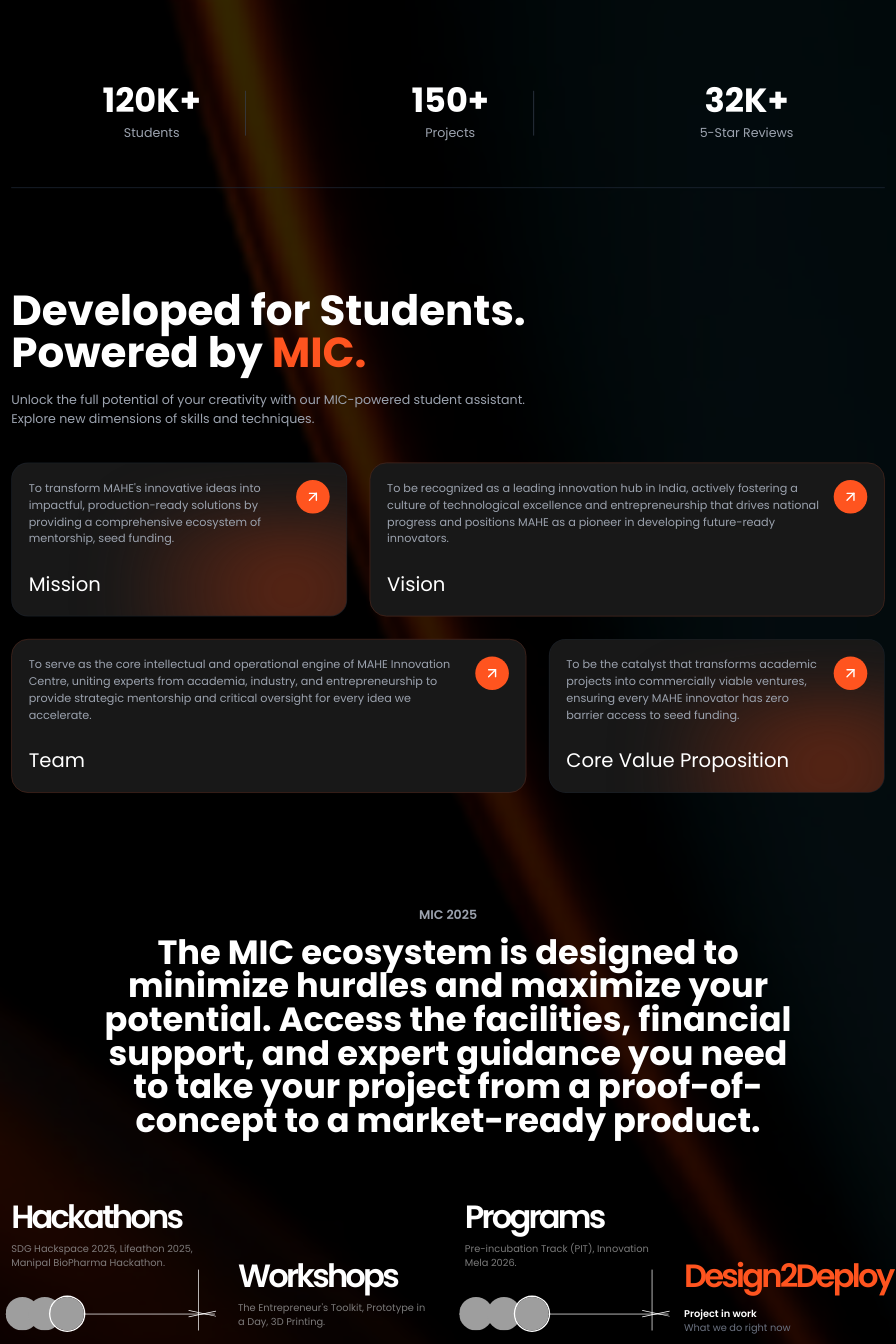
Repository: Sourish-19/Axiom
Page: /
The author's editor kept a copy of each file at every save. The page is drawn from the files as they stood at one save, then again after a run of saves.
The browser window is 1280 px wide. The pictures show the part of the page from y = 624 to 2544 px (the page is 5731 px tall), at 70% of full size.
Pictures or frames that could not be fetched are drawn as grey boxes. Some web libraries are served in a nearby version. The project was rebuilt for these pictures with package versions that can differ from the ones it lists, and the page was loaded fresh each time. Also part of the build but not shown: vite.config.ts, components/Modal.tsx, components/ContactForm.tsx, components/EventRegistrationForm.tsx.

Above is the page before, as saved 2025-10-02 15:51:49.

### index.html
<!DOCTYPE html>
<html lang="en" class="scroll-smooth">
  <head>
    <meta charset="UTF-8" />
    <link rel="icon" type="image/svg+xml" href="/vite.svg" />
    <meta name="viewport" content="width=device-width, initial-scale=1.0" />
    <title>Axiom</title>
    <script src="https://cdn.tailwindcss.com"></script>
    <style>
      @import url('https://fonts.googleapis.com/css2?family=Poppins:wght@400;500;600;700;800;900&display=swap');
      body {
        font-family: 'Poppins', sans-serif;
      }
    </style>
  <script type="importmap">
{
  "imports": {
    "react/": "https://aistudiocdn.com/react@^19.1.1/",
    "react": "https://aistudiocdn.com/react@^19.1.1",
    "react-dom/": "https://aistudiocdn.com/react-dom@^19.1.1/"
  }
}
</script>
</head>
  <body>
    <div id="root"></div>
    <script type="module" src="/index.tsx"></script>
  </body>
</html>

### App.tsx

import React, { useState } from 'react';
import Header from './components/Header';
import Hero from './components/Hero';
import Stats from './components/Stats';
import DevelopedForStudents from './components/DevelopedForStudents';
import MICSystem from './components/MICSystem';
import Launchpad from './components/Launchpad';
import FAQ from './components/FAQ';
import CTA from './components/CTA';
import Footer from './components/Footer';
import Modal from './components/Modal';
import ContactForm from './components/ContactForm';
import EventRegistrationForm from './components/EventRegistrationForm';

function App() {
  const [isContactModalOpen, setIsContactModalOpen] = useState(false);
  const [isEventModalOpen, setIsEventModalOpen] = useState(false);

  return (
    <div className="bg-black text-white overflow-hidden relative">
      {/* Background elements */}
      <div className="absolute inset-0 z-0 opacity-20" style={{ backgroundImage: `url(${'/axiom_bg2.jpg'})`, backgroundSize: 'cover' }}></div>
      {/* <img src='/axiom_bg2.png' alt="background glow top" className="absolute -top-1/2 -right-1/4 w-full h-auto z-0 opacity-50 mix-blend-screen" />
      <img src="https://i.imgur.com/9v1M618.png" alt="background wave bottom" className="absolute -bottom-1/3 left-0 w-full h-auto z-0 opacity-40 mix-blend-screen" /> */}


      <div className="relative z-10">
        <Header onContactClick={() => setIsContactModalOpen(true)} />
        <main>
          <Hero onEventClick={() => setIsEventModalOpen(true)} />
          <Stats />
          <DevelopedForStudents />
          <MICSystem onEventClick={() => setIsEventModalOpen(true)} />
          <Launchpad onContactClick={() => setIsContactModalOpen(true)} />
          <FAQ />
          <CTA onContactClick={() => setIsContactModalOpen(true)} />
        </main>
        <Footer onContactClick={() => setIsContactModalOpen(true)}/>
      </div>

      {isContactModalOpen && (
        <Modal isOpen={isContactModalOpen} onClose={() => setIsContactModalOpen(false)}>
          <ContactForm />
        </Modal>
      )}

      {isEventModalOpen && (
        <Modal isOpen={isEventModalOpen} onClose={() => setIsEventModalOpen(false)}>
          <EventRegistrationForm />
        </Modal>
      )}
    </div>
  );
}

export default App;

### components/Header.tsx

import React, { useState, useEffect } from 'react';

const navLinks = [
  { name: 'Home', href: '#home' },
  { name: 'About MIC', href: '#about' },
  { name: 'Events', href: '#events' },
  { name: 'Resources', href: '#resources' },
  { name: 'FAQs', href: '#faqs' },
];

interface HeaderProps {
  onContactClick: () => void;
}

const Header: React.FC<HeaderProps> = ({ onContactClick }) => {
  const [activeLink, setActiveLink] = useState('home');
  const [isScrolled, setIsScrolled] = useState(false);

  useEffect(() => {
    const handleScroll = () => {
      const sections = ['home', 'about', 'events', 'resources', 'faqs', 'contact'];
      const scrollPosition = window.scrollY + 100;

      let currentSection = 'home';
      for (const sectionId of sections) {
        const section = document.getElementById(sectionId);
        if (section && section.offsetTop <= scrollPosition) {
          currentSection = sectionId;
        }
      }

      // Map contact to faqs for nav link highlighting
      // const navSection = currentSection === 'contact' ? 'faqs' : currentSection;
      setActiveLink(currentSection);

      setIsScrolled(window.scrollY > 10);
    };

    window.addEventListener('scroll', handleScroll);

    return () => {
      window.removeEventListener('scroll', handleScroll);
    };
  }, []);

  return (
    <header className={`fixed top-0 left-0 right-0 z-50 transition-all duration-300 ${isScrolled ? 'bg-black/80 backdrop-blur-md  ' : 'bg-transparent'} py-6 px-4 md:px-8 lg:px-16 xl:px-32`}>
      <div className="container mx-auto flex justify-between items-center">
        <div className="flex items-center">
            <img src="/axiom_logo.png" alt="Axiom Logo" className="h-8 w-auto" />
        </div>
        <nav className="hidden lg:flex items-center space-x-8">
          {navLinks.map((link) => (
            <a
              key={link.name}
              href={link.href}
              className={`relative text-base text-gray-300 hover:text-white transition-colors ${activeLink === link.href.substring(1) ? 'text-white' : ''}`}
            >
              {link.name}
              {activeLink === link.href.substring(1) && (
                  <span className="absolute bottom-[-8px] left-0 w-full h-0.5 bg-[#FF541F] rounded-full"></span>
              )}
            </a>
          ))}
        </nav>
        <div className="flex items-center space-x-4">
          <button onClick={onContactClick} className="bg-gradient-to-r from-[#FF541F] to-[#FF8A65] text-white px-6 py-2 rounded-md font-semibold hover:opacity-90 transition-opacity">
            Contact us
          </button>
          <button className="lg:hidden text-white">
            <svg className="w-6 h-6" fill="none" stroke="currentColor" viewBox="0 0 24 24" xmlns="http://www.w3.org/2000/svg"><path strokeLinecap="round" strokeLinejoin="round" strokeWidth="2" d="M4 6h16M4 12h16m-7 6h7"></path></svg>
          </button>
        </div>
      </div>
    </header>
  );
};

export default Header;

### components/Hero.tsx
import React from 'react';
import { StarIcon } from './Icons';

interface HeroProps {
  onEventClick: () => void;
}

const Hero: React.FC<HeroProps> = ({ onEventClick }) => {
  return (
    <section
      id="home"
      className="py-20 md:py-32 px-4 relative"
    >
      <div className="container mx-auto text-center relative">
        <div className="flex justify-center items-center mb-6 bg-gray-900 bg-opacity-50 border border-gray-700 rounded-full px-4 py-2 w-fit mx-auto backdrop-blur-sm">
          <div className="flex -space-x-2 mr-3">
            <img className="inline-block h-8 w-8 rounded-full ring-2 ring-gray-800" src="https://picsum.photos/id/1027/50/50" alt="Peer 1" />
            <img className="inline-block h-8 w-8 rounded-full ring-2 ring-gray-800" src="https://picsum.photos/id/1011/50/50" alt="Peer 2" />
            <img className="inline-block h-8 w-8 rounded-full ring-2 ring-gray-800" src="https://picsum.photos/id/1012/50/50" alt="Peer 3" />
          </div>
          <div className="flex flex-col mr-3">
            <div className="flex">
                {[...Array(5)].map((_, i) => <StarIcon key={i} className="w-4 h-4" />)}
            </div>
            <span className="text-gray-300 text-xs mt-1">115+ happy peers</span>
          </div>
        </div>

        <h1 className="text-5xl md:text-7xl font-extrabold leading-tight">
          Automate <span className="text-[#FF541F]">Intelligence.</span>
          <br />
          Accelerate Growth.
        </h1>
        <p className="max-w-2xl mx-auto mt-6 text-lg text-gray-400">
          Our AI-powered SaaS platform empowers businesses to streamline operations, automate repetitive tasks, and make smarter, data-driven decisions—all from one intuitive dashboard.
        </p>
        <div className="mt-10 flex flex-col sm:flex-row justify-center items-center gap-4">
          <button onClick={onEventClick} className="bg-gradient-to-r from-[#FF541F] to-[#FF8A65] text-white px-8 py-3 rounded-md font-semibold text-lg hover:opacity-90 transition-opacity w-full sm:w-auto">
            Get Started
          </button>
          <a href="#" className="border border-gray-600 text-white px-8 py-3 rounded-md font-semibold text-lg hover:bg-gray-800 transition-colors w-full sm:w-auto">
            Get In Touch
          </a>
        </div>
      </div>
    </section>
  );
};

export default Hero;

### components/Stats.tsx

import React from 'react';

const stats = [
  { value: '120K+', label: 'Students' },
  { value: '150+', label: 'Projects' },
  { value: '32K+', label: '5-Star Reviews' },
];

const Stats = () => {
  return (
    <section className="py-16 px-4">
      <div className="container mx-auto">
        <div className="flex flex-col md:flex-row justify-around items-center text-center gap-10">
          {stats.map((stat, index) => (
            <div key={index} className="relative w-full md:w-auto">
              {index < stats.length - 1 && <div className="hidden md:block absolute top-1/2 right-0 transform -translate-y-1/2 h-16 w-px bg-gray-700 -mr-16"></div>}
              <p className="text-5xl font-bold text-white">{stat.value}</p>
              <p className="mt-2 text-lg text-gray-400">{stat.label}</p>
            </div>
          ))}
        </div>
        <div className="mt-16 border-t border-gray-800"></div>
      </div>
    </section>
  );
};

export default Stats;

### components/DevelopedForStudents.tsx
import React from 'react';
import { ArrowRightIcon } from './Icons';

interface CardProps {
  title: string;
  content: string;
  className?: string;
  hasGradient?: boolean;
}

const Card: React.FC<CardProps> = ({ title, content, className = '', hasGradient = false }) => {
  return (
    <div
      className={`bg-[#181818] h-[220px] border rounded-3xl group relative overflow-hidden ${className}`}
    >
      {hasGradient && (
        <div aria-hidden="true" className="absolute z-1 top-1/3 left-1/3 size-full bg-[radial-gradient(circle,_#602614_0%,_transparent_100%)] blur-2xl"></div>
      )}

      <div className='absolute z-2 top-0 bottom-0 left-0 right-0 p-6 flex flex-col justify-between'>
        <div className="flex justify-between items-start">
          <p className="text-gray-400 text-base pr-4">{content}</p>
          <div className="bg-[#FF541F] p-3 rounded-full text-white group-hover:rotate-45 transition-transform duration-300 flex-shrink-0">
            <ArrowRightIcon className="w-6 h-6 transform -rotate-45" />
          </div>
        </div>

        <div>
          <h3 className="text-[28px] font-thin">{title}</h3>
        </div>
      </div>
    </div>
  );
};


const DevelopedForStudents = () => {
  return (
    <section id="about" className="py-20 px-4">
      <div className="container mx-auto">
        <div className="max-w-3xl mb-12">
          <h2 className="text-5xl md:text-6xl font-bold leading-tight">
            Developed for Students.
            <br />
            Powered by <span className="text-[#FF541F]">MIC.</span>
          </h2>
          <p className="mt-6 text-lg text-gray-400">
            Unlock the full potential of your creativity with our MIC-powered student assistant. Explore new dimensions of skills and techniques.
          </p>
        </div>

        <div className="grid grid-cols-1 md:grid-cols-5 gap-8">
          <Card
            className="md:col-span-2 border-gray-800/50"
            title="Mission"
            content="To transform MAHE's innovative ideas into impactful, production-ready solutions by providing a comprehensive ecosystem of mentorship, seed funding."
            hasGradient={true}
          />
          <Card
            className="md:col-span-3 border-[#49271d]"
            title="Vision"
            content="To be recognized as a leading innovation hub in India, actively fostering a culture of technological excellence and entrepreneurship that drives national progress and positions MAHE as a pioneer in developing future-ready innovators."
          />
          <Card
            className="md:col-span-3 border-[#49271d]"
            title="Team"
            content="To serve as the core intellectual and operational engine of MAHE Innovation Centre, uniting experts from academia, industry, and entrepreneurship to provide strategic mentorship and critical oversight for every idea we accelerate."
          />
          <Card
            className="md:col-span-2 border-gray-800/50"
            title="Core Value Proposition"
            content="To be the catalyst that transforms academic projects into commercially viable ventures, ensuring every MAHE innovator has zero barrier access to seed funding."
            hasGradient={true}
          />
        </div>
      </div>
    </section>
  );
};

export default DevelopedForStudents;

### components/CTA.tsx

import React from 'react';
import { ArrowRightIcon } from './Icons';

interface CTAProps {
    onContactClick: () => void;
}

const CTA: React.FC<CTAProps> = ({ onContactClick }) => {
    return (
        <section id="contact" className="py-20 px-4 flex justify-center">
            <div className="relative overflow-hidden bg-[#181818] border border-white/10 rounded-3xl text-center w-[1120px] h-[374.78px] p-8 md:p-12">

                {/* Background Grid */}
                <div className="absolute inset-0 bg-[linear-gradient(to_right,#80808012_1px,transparent_1px),linear-gradient(to_bottom,#80808012_1px,transparent_1px)] bg-[2rem_2rem] opacity-50"></div>

                {/* Background Gradient */}
                <div className="absolute inset-0 bg-[radial-gradient(ellipse_at_top_center,_rgba(255,84,31,0.3),_transparent_50%)]"></div>

                <div className="relative z-10 flex flex-col items-center justify-center h-full">
                    <h2 className="text-4xl md:text-5xl font-bold">
                        Ready to work with us?
                    </h2>
                    <p className="text-lg text-gray-300 mt-6 max-w-3xl mx-auto">
                        Have an innovative idea, a partnership proposal, or a question about the MAHE Innovation Centre?
                        Reach out to us today—we're ready to connect and help accelerate your journey.
                    </p>
                    <div className="mt-10">
                        <button
                            onClick={onContactClick}
                            className="bg-[#FF541F] text-white px-8 py-4 rounded-md font-semibold text-lg hover:bg-opacity-90 transition-all inline-flex items-center gap-2"
                        >
                            Join Us <ArrowRightIcon className="w-5 h-5" />
                        </button>
                    </div>
                </div>
            </div>
        </section>
    );
};

export default CTA;

### components/Footer.tsx

import React from 'react';
import { GitHubIcon, GlobeIcon } from './Icons';

interface FooterProps {
    onContactClick: () => void;
}

const Footer: React.FC<FooterProps> = ({ onContactClick }) => {
  return (
    <footer className="py-16 px-4 md:px-8 lg:px-16 xl:px-32 border-t border-gray-800">
      <div className="container mx-auto">
        <div className="grid grid-cols-1 md:grid-cols-12 gap-12">
          {/* About Us */}
          <div className="md:col-span-5 lg:col-span-6">
             <img src="/axiom_logo.png" alt="Axiom Logo" className="h-10 w-auto mb-4" />
            <p className="text-gray-400 max-w-md">
                The MAHE Innovation Centre (MIC) is the dedicated hub for fostering and accelerating technological and entrepreneurial spirit within the Manipal Academy of Higher Education (MAHE) ecosystem.
            </p>
          </div>

          {/* Useful Links */}
          <div className="md:col-span-3 lg:col-span-3">
            <h4 className="text-lg font-semibold mb-4 text-white">Useful Links</h4>
            <ul className="space-y-3">
              <li><a href="#home" className="text-gray-400 hover:text-white transition-colors">Home</a></li>
              <li><a href="#about" className="text-gray-400 hover:text-white transition-colors">About MIC</a></li>
              <li><a href="#events" className="text-gray-400 hover:text-white transition-colors">Events / Resources</a></li>
              <li><button onClick={onContactClick} className="text-gray-400 hover:text-white transition-colors text-left">Contact</button></li>
            </ul>
          </div>

          {/* Connect With Us */}
          <div className="md:col-span-4 lg:col-span-3">
            <h4 className="text-lg font-semibold mb-4 text-white">Connect With Us</h4>
            <ul className="space-y-3 text-gray-400">
                <li>BSF Campus, Yelahanka,</li>
                <li>Govindapura, Bengaluru,</li>
                <li>Karnataka 560064</li>
                <li className="pt-2"><a href="tel:+1233242653" className="hover:text-white transition-colors">+123 324 2653</a></li>
                <li><a href="mailto:username@mail.com" className="hover:text-white transition-colors">username@mail.com</a></li>
            </ul>
          </div>
        </div>
        <div className="mt-16 border-t border-gray-800 pt-8 flex flex-col sm:flex-row justify-between items-center text-gray-500">
            <p>© 2025 All Right Reserved.</p>
            <div className="flex space-x-4 mt-4 sm:mt-0">
                <a href="#" className="w-10 h-10 flex items-center justify-center bg-gray-800 rounded-full hover:bg-[#FF541F] text-gray-400 hover:text-white transition-colors"><GitHubIcon className="w-5 h-5" /></a>
                <a href="#" className="w-10 h-10 flex items-center justify-center bg-gray-800 rounded-full hover:bg-[#FF541F] text-gray-400 hover:text-white transition-colors"><GlobeIcon className="w-5 h-5" /></a>
            </div>
        </div>
      </div>
    </footer>
  );
};

export default Footer;

### components/Icons.tsx

import React from 'react';

// FIX: Changed component signature to use React.FC to correctly handle React-specific props like 'key'.
export const StarIcon: React.FC<{ className?: string }> = ({ className }) => (
  <svg className={className} width="16" height="15" viewBox="0 0 16 15" fill="none" xmlns="http://www.w3.org/2000/svg">
    <path d="M8 0L9.79611 5.52786H15.6085L10.9062 8.94427L12.7023 14.4721L8 11.0557L3.29772 14.4721L5.09383 8.94427L0.391548 5.52786H6.20389L8 0Z" fill="#ff541f"/>
  </svg>
);

// FIX: Changed component signature to use React.FC to correctly handle React-specific props like 'key'.
export const ArrowRightIcon: React.FC<{ className?: string }> = ({ className }) => (
  <svg className={className} width="24" height="24" viewBox="0 0 24 24" fill="none" xmlns="http://www.w3.org/2000/svg">
    <path d="M5 12H19" stroke="currentColor" strokeWidth="2" strokeLinecap="round" strokeLinejoin="round"/>
    <path d="M12 5L19 12L12 19" stroke="currentColor" strokeWidth="2" strokeLinecap="round" strokeLinejoin="round"/>
  </svg>
);

// FIX: Changed component signature to use React.FC to correctly handle React-specific props like 'key'.
export const ChevronDownIcon: React.FC<{ className?: string }> = ({ className }) => (
  <svg className={className} width="24" height="24" viewBox="0 0 24 24" fill="none" xmlns="http://www.w3.org/2000/svg">
    <path d="M6 9L12 15L18 9" stroke="currentColor" strokeWidth="2" strokeLinecap="round" strokeLinejoin="round"/>
  </svg>
);

// FIX: Changed component signature to use React.FC to correctly handle React-specific props like 'key'.
export const CheckCircleIcon: React.FC<{ className?: string }> = ({ className }) => (
    <svg className={className} width="20" height="20" viewBox="0 0 20 20" fill="none" xmlns="http://www.w3.org/2000/svg">
        <path d="M10 18.3333C14.6024 18.3333 18.3333 14.6024 18.3333 10C18.3333 5.39763 14.6024 1.66666 10 1.66666C5.39763 1.66666 1.66666 5.39763 1.66666 10C1.66666 14.6024 5.39763 18.3333 10 18.3333Z" stroke="currentColor" strokeWidth="1.5" strokeLinecap="round" strokeLinejoin="round"/>
        <path d="M7.5 10L9.16667 11.6667L12.5 8.33334" stroke="currentColor" strokeWidth="1.5" strokeLinecap="round" strokeLinejoin="round"/>
    </svg>
);

export const GitHubIcon: React.FC<{ className?: string }> = ({ className }) => (
  <svg className={className} viewBox="0 0 24 24" fill="currentColor" xmlns="http://www.w3.org/2000/svg">
    <path fillRule="evenodd" clipRule="evenodd" d="M12 2C6.477 2 2 6.477 2 12c0 4.418 2.865 8.168 6.839 9.492.5.092.682-.217.682-.482 0-.237-.009-.868-.014-1.703-2.782.605-3.369-1.343-3.369-1.343-.454-1.158-1.11-1.466-1.11-1.466-.908-.62.069-.608.069-.608 1.003.07 1.531 1.032 1.531 1.032.892 1.53 2.341 1.088 2.91.832.092-.647.35-1.088.636-1.338-2.22-.253-4.555-1.113-4.555-4.951 0-1.093.39-1.988 1.032-2.688-.103-.253-.446-1.272.098-2.65 0 0 .84-.27 2.75 1.026A9.564 9.564 0 0112 6.82c.85.004 1.705.115 2.504.337 1.909-1.296 2.747-1.027 2.747-1.027.546 1.378.203 2.398.1 2.65.64.7 1.03 1.595 1.03 2.688 0 3.848-2.338 4.695-4.566 4.943.359.309.678.92.678 1.855 0 1.338-.012 2.419-.012 2.747 0 .268.18.578.688.482A10.001 10.001 0 0022 12c0-5.523-4.477-10-10-10z"/>
  </svg>
);

export const GlobeIcon: React.FC<{ className?: string }> = ({ className }) => (
    <svg className={className} fill="none" stroke="currentColor" viewBox="0 0 24 24" xmlns="http://www.w3.org/2000/svg">
        <path strokeLinecap="round" strokeLinejoin="round" strokeWidth="2" d="M3.055 11H5a2 2 0 012 2v1a2 2 0 002 2h10a2 2 0 002-2v-1a2 2 0 012-2h1.945M7.735 4.055A9 9 0 1016.265 19.945M12 18a6 6 0 100-12 6 6 0 000 12z"></path>
    </svg>
);

export const XIcon: React.FC<{ className?: string }> = ({ className }) => (
    <svg className={className} fill="none" stroke="currentColor" viewBox="0 0 24 24" xmlns="http://www.w3.org/2000/svg">
        <path strokeLinecap="round" strokeLinejoin="round" strokeWidth="2" d="M6 18L18 6M6 6l12 12"></path>
    </svg>
);

Loaded but not shown: index.tsx (common file); components/MICSystem.tsx (128 lines, source omitted); components/Launchpad.tsx (132 lines, source omitted); components/FAQ.tsx (103 lines, source omitted)

After the next 2 saves:
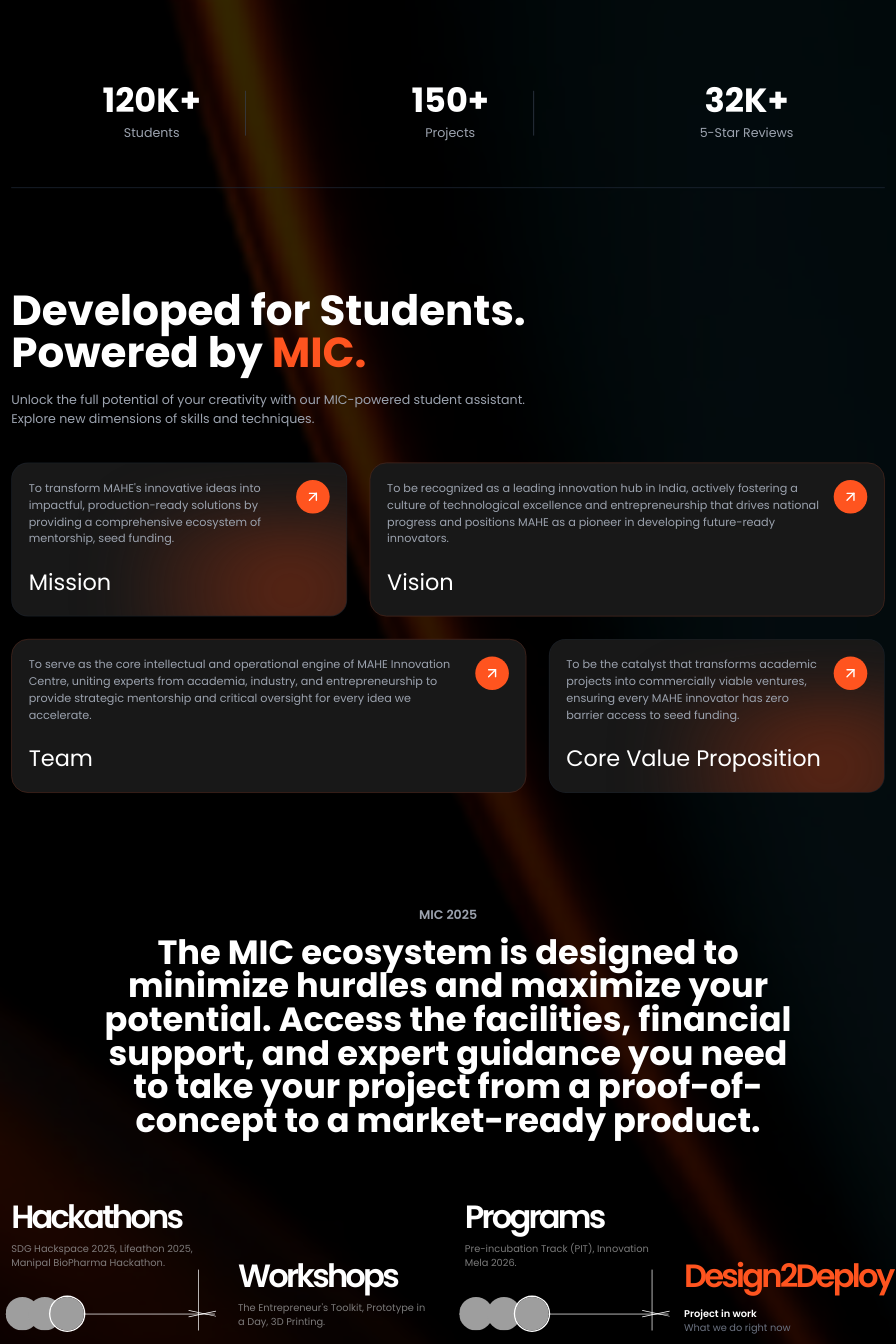
The 2 saves are shown as one change because they came seconds apart.
The last was saved 9 s later.
--- a/components/DevelopedForStudents.tsx
+++ b/components/DevelopedForStudents.tsx
@@ -26,7 +26,7 @@
         </div>
 
         <div>
-          <h3 className="text-[28px] font-thin">{title}</h3>
+          <h3 className="text-[32px] font-thin">{title}</h3>
         </div>
       </div>
     </div>
